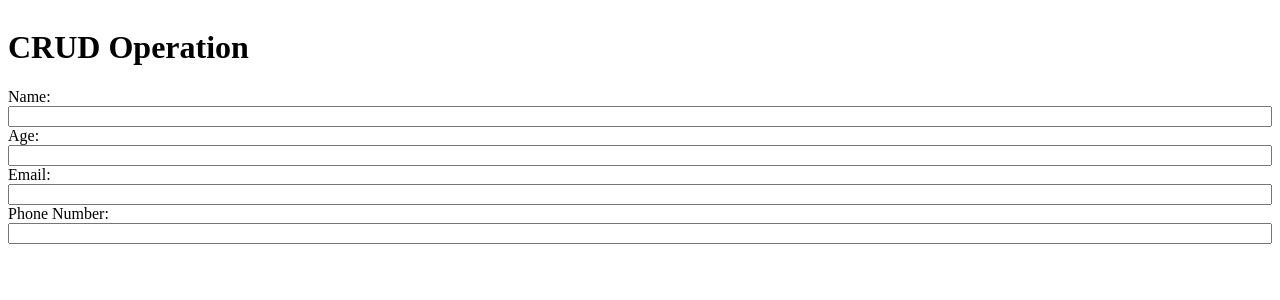
Repository: Josephkennedy603/CRUD-Operation
Page: /
An editor plug-in stored every save of this project. The page is shown before and after the next save, followed by the edit.
The browser window is 1280 px wide. The pictures show the whole page.
The project was rebuilt for these pictures with package versions that can differ from the ones it lists, and the page was loaded fresh each time. Also part of the build but not shown: src/index.css.

Above is the page before, as saved 2024-03-02 20:24:30.

### src/App.jsx
import { useState } from 'react';
import './App.css';

const App = () => {

const [name,setName] =useState();
const [age,setAge] =useState();
const [email,setEmail] =useState();
const [pnumber,setPnumber] =useState();

  return(
    <div className='main-container'>
    <h1>CRUD Operation</h1>
    <form action="">
      Name: <input type="text" onClick={(e)=>setName(e.target.value)} />
      Age: <input type="text" onClick={(e)=>setAge(e.target.value)} />
      Email: <input type="text" onClick={(e)=>setEmail(e.target.value)}/>
      Phone Number: <input type="number" onClick={(e)=>setPnumber(e.target.value)}/>
    </form>
    </div>
  )
}

export default App;

### src/App.css
.main-container {
  display: flex;
  flex-direction: column;
}

.main-container form {
  display: flex;
  flex-direction: column;
  justify-content: c;
}

Loaded but not shown: public/index.html (common file); src/index.js (common file); src/reportWebVitals.js (common file)

After the next save:
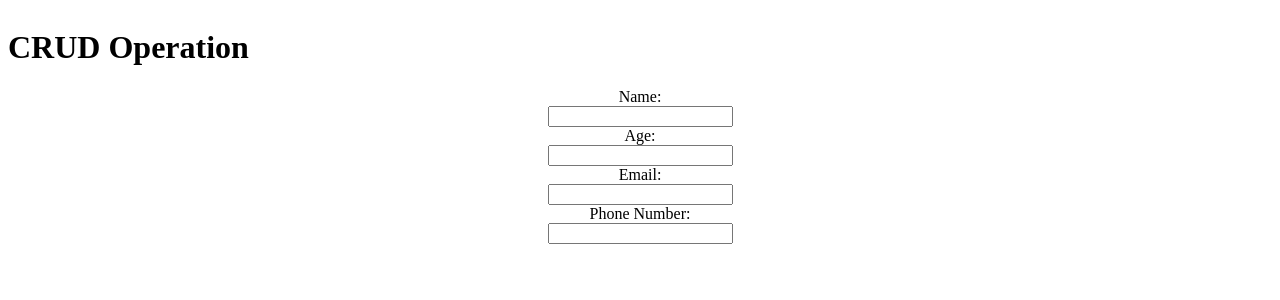
Saved 32 s later.
--- a/src/App.css
+++ b/src/App.css
@@ -6,5 +6,6 @@
 .main-container form {
   display: flex;
   flex-direction: column;
-  justify-content: c;
+  justify-content: center;
+  align-items: center;
 }
